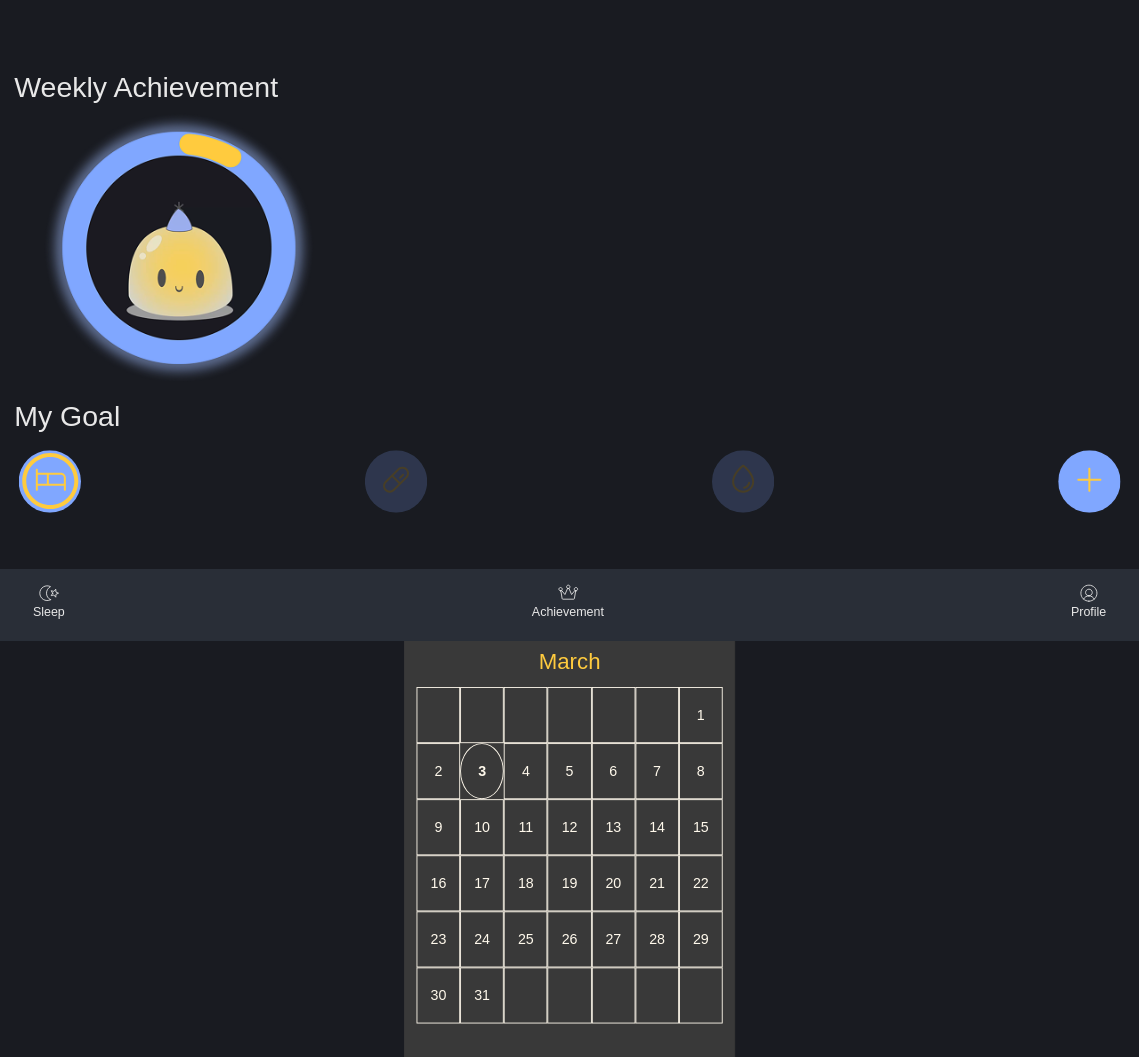
Repository: Crite-Spranberries/sleepixie_app
Page: /achievement
The author's editor kept a copy of each file at every save. The page is drawn from the files as they stood at one save, then again after the next save.
The browser window is 1280 px wide. The pictures show the whole page, at 89% of full size.
Some web fonts or font styles are not loaded; a fallback is used. The project was rebuilt for these pictures with package versions that can differ from the ones it lists, and the page was loaded fresh each time. The framework's server and built-in components were replaced by stand-ins that run in the browser. Also part of the build but not shown: next.config.mjs, components/Button/HeaderComponent.module.css, components/Button/HeaderComponent.js, components/Button/Button.module.css, components/Button/ThreeButton.js.

Above is the page before, as saved 2025-05-12 12:24:49.

After the next save:
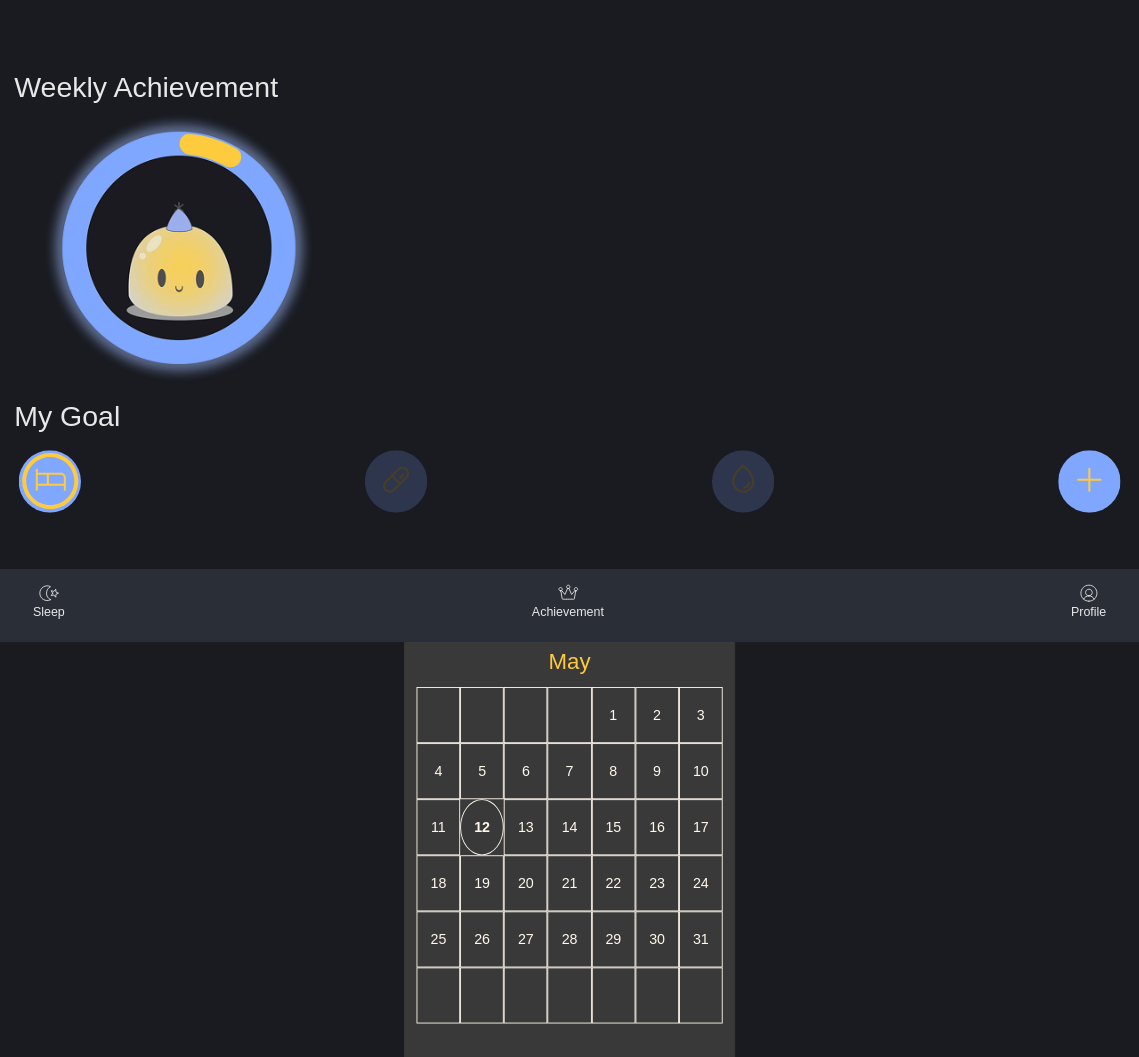
Saved 9 s later.
--- a/pages/achievement.js
+++ b/pages/achievement.js
@@ -69,7 +69,7 @@
         />
       </div>
       <div className="calendar">
-        <Calendar month={2} year={2025} highlightDay={3} />
+        <Calendar month={4} year={2025} highlightDay={12} />
       </div>
     </div>
   );

After the save that followed:
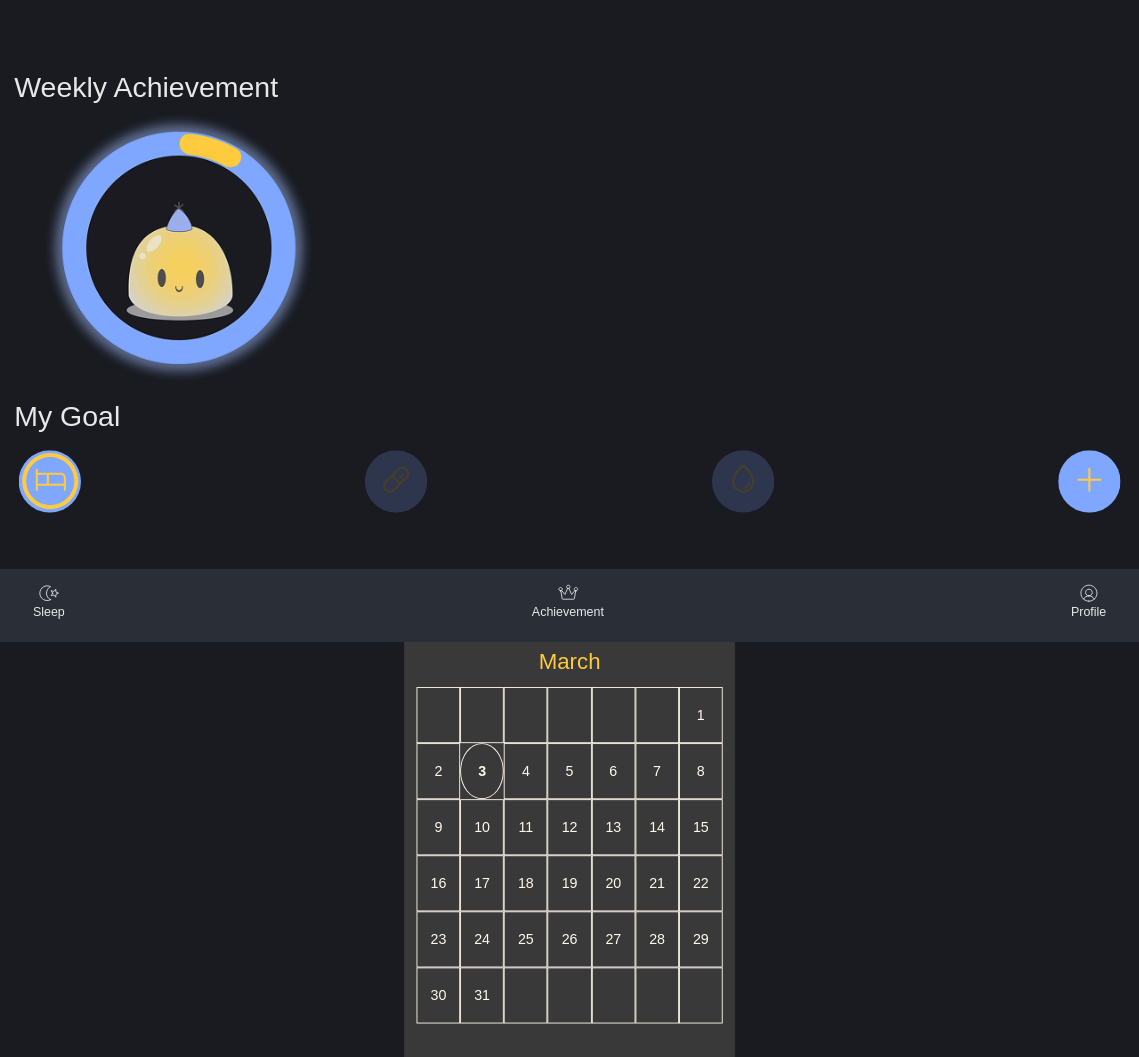
Saved 8 s later.
--- a/pages/achievement.js
+++ b/pages/achievement.js
@@ -69,7 +69,7 @@
         />
       </div>
       <div className="calendar">
-        <Calendar month={4} year={2025} highlightDay={12} />
+        <Calendar month={2} year={2025} highlightDay={3} />
       </div>
     </div>
   );
